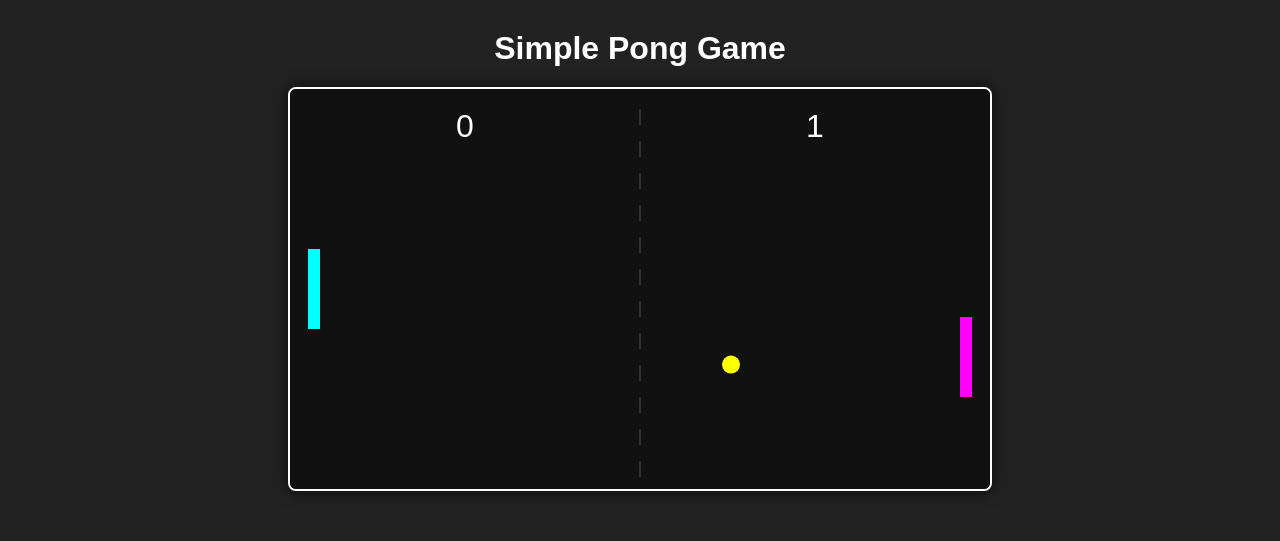
Repository: zjccc123/demo
Page: index.html
An editor plug-in stored every save of this project. The page is shown before and after the next save, followed by the edit.
The browser window is 1280 px wide. The pictures show the whole page.

Above is the page before, as saved 2025-06-09 11:09:56.

### index.html
<!DOCTYPE html>
<html lang="en">
<head>
    <meta charset="UTF-8">
    <title>Simple Pong Game</title>
    <link rel="stylesheet" href="style.css">
</head>
<body>
    <h1>Simple Pong Game</h1>
    <canvas id="pongCanvas" width="700" height="400"></canvas>
    <script src="game.js"></script>
</body>
</html>

### style.css
body {
    background: #222;
    color: #fff;
    text-align: center;
    font-family: Arial, sans-serif;
    margin: 0;
    padding: 0;
}

h1 {
    margin-top: 30px;
    margin-bottom: 10px;
    font-size: 2em;
}

#pongCanvas {
    background: #111;
    display: block;
    margin: 20px auto 0 auto;
    border: 2px solid #fff;
    border-radius: 8px;
    box-shadow: 0 0 16px #000a;
}

### game.js
const canvas = document.getElementById('pongCanvas');
const ctx = canvas.getContext('2d');

// Game constants
const PADDLE_WIDTH = 12;
const PADDLE_HEIGHT = 80;
const BALL_RADIUS = 9;

const PLAYER_X = 18;
const AI_X = canvas.width - PADDLE_WIDTH - 18;

// Game objects
let playerY = (canvas.height - PADDLE_HEIGHT) / 2;
let aiY = (canvas.height - PADDLE_HEIGHT) / 2;

let ballX = canvas.width / 2;
let ballY = canvas.height / 2;
let ballSpeedX = 5 * (Math.random() < 0.5 ? -1 : 1);
let ballSpeedY = 3 * (Math.random() * 2 - 1);

let playerScore = 0;
let aiScore = 0;

// Mouse control
canvas.addEventListener('mousemove', (e) => {
    const rect = canvas.getBoundingClientRect();
    const mouseY = e.clientY - rect.top;
    playerY = mouseY - PADDLE_HEIGHT / 2;
    // Clamp paddle within canvas
    playerY = Math.max(Math.min(playerY, canvas.height - PADDLE_HEIGHT), 0);
});

// AI logic
function updateAI() {
    const center = aiY + PADDLE_HEIGHT / 2;
    if (center < ballY - 10) {
        aiY += 4;
    } else if (center > ballY + 10) {
        aiY -= 4;
    }
    // Clamp paddle within canvas
    aiY = Math.max(Math.min(aiY, canvas.height - PADDLE_HEIGHT), 0);
}

// Ball and collision logic
function resetBall(direction = 1) {
    ballX = canvas.width / 2;
    ballY = canvas.height / 2;
    ballSpeedX = 5 * direction;
    ballSpeedY = 3 * (Math.random() * 2 - 1);
}

function updateBall() {
    ballX += ballSpeedX;
    ballY += ballSpeedY;

    // Top and bottom collision
    if (ballY - BALL_RADIUS < 0) {
        ballY = BALL_RADIUS;
        ballSpeedY *= -1;
    }
    if (ballY + BALL_RADIUS > canvas.height) {
        ballY = canvas.height - BALL_RADIUS;
        ballSpeedY *= -1;
    }

    // Left paddle collision
    if (
        ballX - BALL_RADIUS < PLAYER_X + PADDLE_WIDTH &&
        ballY + BALL_RADIUS > playerY &&
        ballY - BALL_RADIUS < playerY + PADDLE_HEIGHT &&
        ballSpeedX < 0
    ) {
        ballX = PLAYER_X + PADDLE_WIDTH + BALL_RADIUS;
        ballSpeedX *= -1;
        // Add a bit of deflection based on where the ball hits the paddle
        let hit = (ballY - (playerY + PADDLE_HEIGHT / 2)) / (PADDLE_HEIGHT / 2);
        ballSpeedY += hit * 2;
    }

    // Right paddle collision
    if (
        ballX + BALL_RADIUS > AI_X &&
        ballY + BALL_RADIUS > aiY &&
        ballY - BALL_RADIUS < aiY + PADDLE_HEIGHT &&
        ballSpeedX > 0
    ) {
        ballX = AI_X - BALL_RADIUS;
        ballSpeedX *= -1;
        let hit = (ballY - (aiY + PADDLE_HEIGHT / 2)) / (PADDLE_HEIGHT / 2);
        ballSpeedY += hit * 2;
    }

    // Score logic
    if (ballX - BALL_RADIUS < 0) {
        aiScore += 1;
        resetBall(1);
    }
    if (ballX + BALL_RADIUS > canvas.width) {
        playerScore += 1;
        resetBall(-1);
    }
}

// Drawing functions
function drawRect(x, y, w, h, color) {
    ctx.fillStyle = color;
    ctx.fillRect(x, y, w, h);
}

function drawCircle(x, y, r, color) {
    ctx.fillStyle = color;
    ctx.beginPath();
    ctx.arc(x, y, r, 0, Math.PI * 2, false);
    ctx.closePath();
    ctx.fill();
}

function drawNet() {
    ctx.strokeStyle = '#fff2';
    ctx.lineWidth = 2;
    for (let i = 20; i < canvas.height; i += 32) {
        ctx.beginPath();
        ctx.moveTo(canvas.width / 2, i);
        ctx.lineTo(canvas.width / 2, i + 16);
        ctx.stroke();
    }
}

function drawScore() {
    ctx.font = '32px Arial';
    ctx.fillStyle = '#fff';
    ctx.textAlign = 'center';
    ctx.fillText(playerScore, canvas.width * 0.25, 48);
    ctx.fillText(aiScore, canvas.width * 0.75, 48);
}

function render() {
    // Clear
    drawRect(0, 0, canvas.width, canvas.height, '#111');

    // Net
    drawNet();

    // Paddles
    drawRect(PLAYER_X, playerY, PADDLE_WIDTH, PADDLE_HEIGHT, '#0ff');
    drawRect(AI_X, aiY, PADDLE_WIDTH, PADDLE_HEIGHT, '#f0f');

    // Ball
    drawCircle(ballX, ballY, BALL_RADIUS, '#ff0');

    // Scores
    drawScore();
}

// Main loop
function gameLoop() {
    updateAI();
    updateBall();
    render();
    requestAnimationFrame(gameLoop);
}

// Start the game
gameLoop();

After the next save:
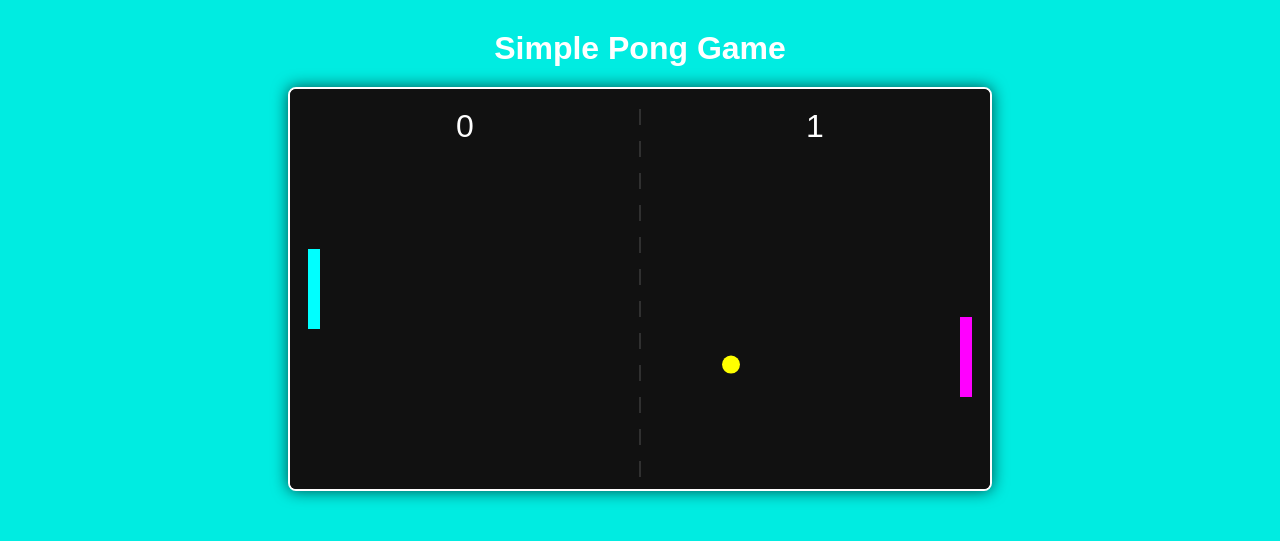
Saved 46 min 50 s later.
--- a/style.css
+++ b/style.css
@@ -1,5 +1,5 @@
 body {
-    background: #222;
+    background: #00ece1;
     color: #fff;
     text-align: center;
     font-family: Arial, sans-serif;
